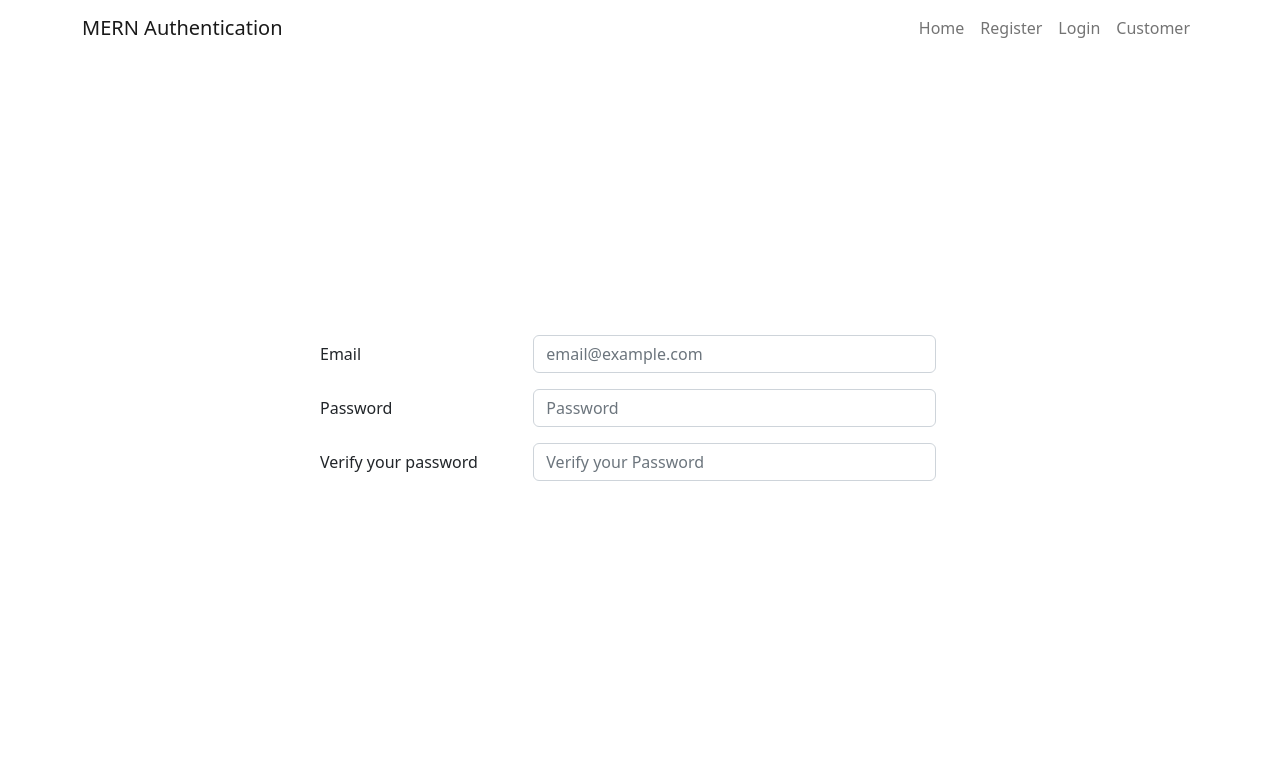
Repository: RubaHusam/MERN-Auth
Page: /register (app in frontend/)
These files come from the project's save history. The page is drawn as it stood at one moment and after the next save; the edit follows.
The browser window is 1280 px wide. The pictures show the whole page.
The project was rebuilt for these pictures with package versions that can differ from the ones it lists, and the page was loaded fresh each time.

Above is the page before, as saved 2023-01-27 19:03:38.

### frontend/src/index.js
import React from 'react';
import ReactDOM from 'react-dom/client';
import './index.css';
import App from './App';

import 'bootstrap/dist/css/bootstrap.min.css';

const root = ReactDOM.createRoot(document.getElementById('root'));
root.render(
  <React.StrictMode>
    <App />
  </React.StrictMode>
);

### frontend/src/App.js
import React from 'react';
import { BrowserRouter as Router, Route, Routes } from 'react-router-dom';

import Header from './components/Layout/Header';
import Register from './components/Auth/Register';

function App() {
  return (
    <>
      <Router>
        <Header />
        <Routes>
          <Route path='/' element={<div>Home</div>}></Route>
          <Route path='/register' element={<Register />}></Route>
          <Route path='/login' element={<div>Login</div>}></Route>
          <Route path='/customer' element={<div>Customer</div>}></Route>
        </Routes>
      </Router>
    </>
  );
}

export default App;

### frontend/src/components/Layout/Header.js
import React from 'react';
import { Nav, Navbar, Container, NavLink } from 'react-bootstrap';
import { Link } from 'react-router-dom';

export default function Header() {
  return (
    <>
      <Navbar collapseOnSelect expand='lg'>
        <Container>
          <Link to='/' style={{ textDecoration: 'none' }}>
            <Navbar.Brand href='/'>MERN Authentication</Navbar.Brand>
          </Link>
          <Navbar.Toggle aria-controls='responsive-navbar-nav' />
          <Navbar.Collapse id='responsive-navbar-nav'>
            <Nav
              style={{
                display: 'flex',
                justifyContent: 'right',
                width: '100%',
                textDecoration: 'none',
              }}>
              <Link to='/' style={{ textDecoration: 'none' }}>
                <NavLink href='/'>Home</NavLink>
              </Link>
              <Link to='/register' style={{ textDecoration: 'none' }}>
                <NavLink href='/register'>Register</NavLink>
              </Link>
              <Link to='/login' style={{ textDecoration: 'none' }}>
                <NavLink href='/login'>Login</NavLink>
              </Link>
              <Link to='/customer' style={{ textDecoration: 'none' }}>
                <NavLink href='/customer'>Customer</NavLink>
              </Link>
            </Nav>
          </Navbar.Collapse>
        </Container>
      </Navbar>
    </>
  );
}

### frontend/src/components/Auth/Register.js
import React from 'react';
import { Form, Row, Col } from 'react-bootstrap';

export default function Register() {
  return (
    <Row
      style={{
        width: '100%',
        display: 'flex',
        justifyContent: 'center',
        alignItems: 'center',
        height: '100vh',
      }}>
      <Form style={{ width: '50%' }}>
        {/* Email */}
        <Form.Group as={Row} className='mb-3' controlId='formPlaintextEmail'>
          <Form.Label column lg='4' sm='2'>
            Email
          </Form.Label>
          <Col lg='8' sm='10'>
            <Form.Control type='email' placeholder='email@example.com' />
          </Col>
        </Form.Group>

        {/* Password */}
        <Form.Group as={Row} className='mb-3' controlId='formPlaintextPassword'>
          <Form.Label column lg='4' sm='2'>
            Password
          </Form.Label>
          <Col lg='8' sm='10'>
            <Form.Control type='password' placeholder='Password' />
          </Col>
        </Form.Group>

        {/* Password */}
        <Form.Group as={Row} className='mb-3' controlId='formPlaintextPassword'>
          <Form.Label column lg='4' sm='2'>
            Verify your password
          </Form.Label>
          <Col lg='8' sm='10'>
            <Form.Control type='password' placeholder='Verify your Password' />
          </Col>
        </Form.Group>
      </Form>
    </Row>
  );
}

Loaded but not shown: frontend/public/index.html (common file); frontend/src/index.css (common file)

After the next save:
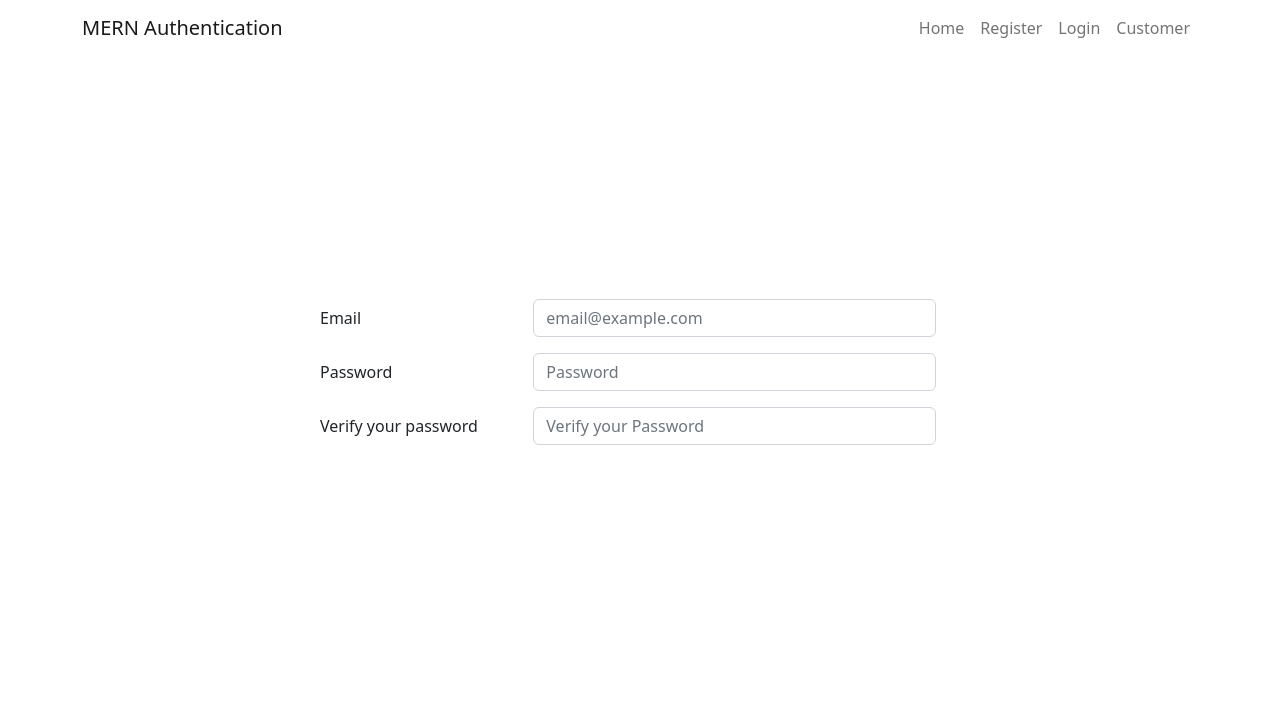
Saved 21 s later.
--- a/frontend/src/components/Auth/Register.js
+++ b/frontend/src/components/Auth/Register.js
@@ -9,7 +9,7 @@ export default function Register() {
         display: 'flex',
         justifyContent: 'center',
         alignItems: 'center',
-        height: '100vh',
+        height: '90vh',
       }}>
       <Form style={{ width: '50%' }}>
         {/* Email */}
